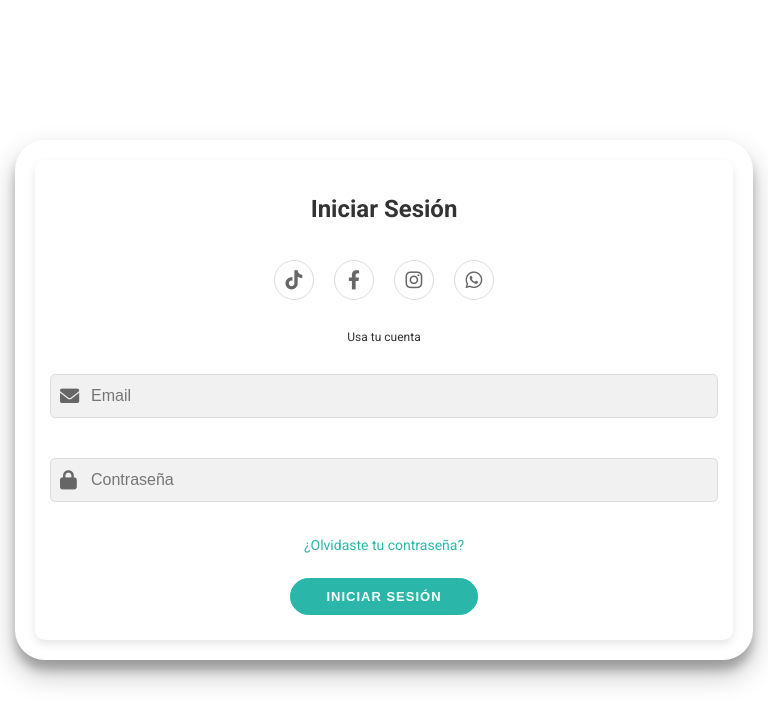
Repository: EddyWebz/updat
Page: BASE-2/index.html
These files come from the project's save history. The page is drawn as it stood at one moment and after the next save; the edit follows.
The browser window is 768 px wide. The pictures show the whole page.

Above is the page before, as saved 2024-09-23 14:09:26.

After the next save:
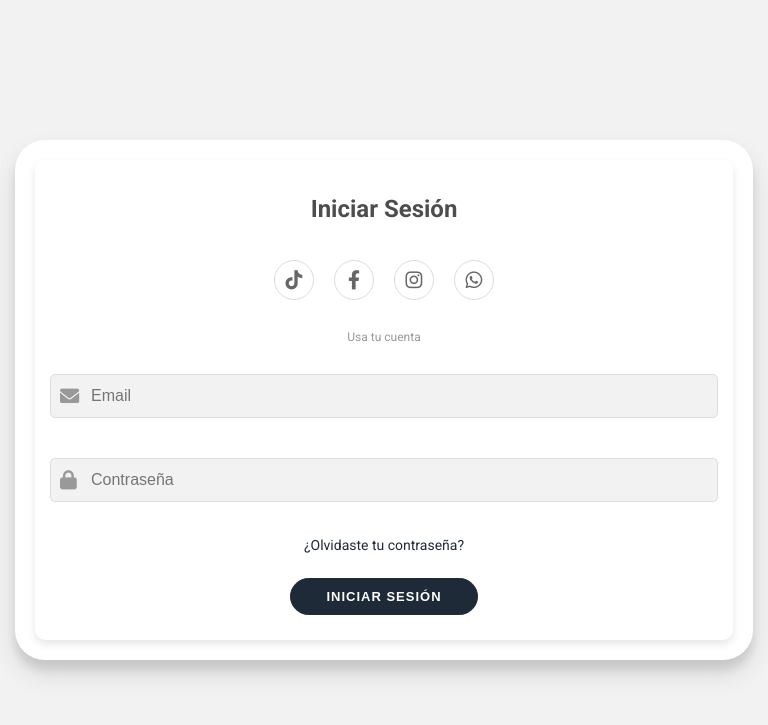
Saved 3 min 50 s later.
--- a/BASE-2/login.css
+++ b/BASE-2/login.css
@@ -9,23 +9,23 @@
 /* Estilos básicos para el cuerpo */
 body {
     font-family: 'Roboto', sans-serif;
-    background: #ffffff;
+    background: #f2f2f2;  /* Fondo gris claro */
     display: flex;
     justify-content: center;
     align-items: center;
     height: 100vh;
     margin: 0;
-    padding: 0 15px; /* Añadimos padding lateral para móviles */
+    padding: 0 15px;
     transition: all 0.3s ease;
 }
 
 /* Estilos para el título principal */
 h1 {
     font-weight: bold;
-    margin-top: 20px; /* Ajustamos el margen superior */
-    color: #333333;
-    font-size: 2rem; /* Tamaño de fuente adaptable */
-    text-align: center; /* Centramos el título */
+    margin-top: 20px;
+    color: #4d4d4d;  /* Texto gris oscuro */
+    font-size: 2rem;
+    text-align: center;
 }
 
 /* Estilos para los párrafos */
@@ -34,27 +34,27 @@
     font-weight: 100;
     line-height: 20px;
     margin: 20px 0 30px;
-    color: #333333;
+    color: #4d4d4d;  /* Gris oscuro */
 }
 
 /* Estilos para los span */
 span {
     font-size: 12px;
-    color: #333333;
+    color: #999999;  /* Texto gris medio */
     display: block;
-    margin: 10px 0; /* Añadimos espaciado vertical */
+    margin: 10px 0;
 }
 
 /* Estilos para los enlaces */
 a {
-    color: #2ab7a9;
+    color: #1e2a38;  /* Gris oscuro tirando a azul */
     font-size: 14px;
     text-decoration: none;
     margin: 15px 0;
 }
 
 a:hover {
-    color: #228f80;
+    color: #0e1a28;  /* Un gris más oscuro para hover */
     transform: scale(1.02);
     transition: transform 0.2s ease, color 0.2s ease;
 }
@@ -62,10 +62,10 @@
 /* Estilos para los botones */
 button {
     border-radius: 20px;
-    border: 1px solid #2ab7a9;
-    background-color: #2ab7a9;
+    border: 1px solid #1e2a38;  /* Borde gris oscuro */
+    background-color: #1e2a38;  /* Fondo gris oscuro tirando a azul */
     color: #ffffff;
-    font-size: 14px; /* Ajustamos el tamaño del texto */
+    font-size: 14px;
     font-weight: bold;
     padding: 12px 45px;
     letter-spacing: 1px;
@@ -75,9 +75,8 @@
     cursor: pointer;
 }
 
-/* Hover en el botón de Iniciar Sesión */
 button#loginButton:hover {
-    background-color: #228f80;
+    background-color: #0e1a28;  /* Fondo más oscuro en hover */
     transform: scale(1.05);
 }
 
@@ -91,7 +90,7 @@
 
 /* Estilos para los formularios */
 form {
-    background-color: #ffffff;
+    background-color: #ffffff;  /* Fondo blanco */
     display: flex;
     flex-direction: column;
     align-items: center;
@@ -105,7 +104,7 @@
 .input-container {
     position: relative;
     width: 100%;
-    margin: 12px 0; /* Mayor espaciado entre los inputs */
+    margin: 12px 0;
 }
 
 .input-container .icon {
@@ -113,13 +112,13 @@
     left: 10px;
     top: 50%;
     transform: translateY(-50%);
-    color: #666666;
+    color: #999999;  /* Color gris medio */
     font-size: 1.2rem;
 }
 
 /* Estilos para los inputs */
 input {
-    background-color: #f1f1f1;
+    background-color: #f2f2f2;  /* Fondo gris claro */
     border: 1px solid #ddd;
     padding: 12px 15px 12px 40px;
     margin: 8px 0;
@@ -130,21 +129,21 @@
 }
 
 input:hover {
-    background-color: #eaeaea;
+    background-color: #e6e6e6;  /* Un gris más oscuro en hover */
 }
 
 input:focus {
     outline: none;
-    border-color: #2ab7a9; /* Añadimos color al borde al hacer foco */
-    background-color: #fff;
+    border-color: #1e2a38;  /* Borde gris oscuro tirando a azul al hacer foco */
+    background-color: #ffffff;  /* Fondo blanco al hacer foco */
 }
 
 /* Estilos para el contenedor principal */
 .container {
     background-color: #ffffff;
     border-radius: 30px;
-    box-shadow: 0 14px 28px rgba(0, 0, 0, 0.25),
-                0 10px 10px rgba(0, 0, 0, 0.22);
+    box-shadow: 0 14px 28px rgba(0, 0, 0, 0.1),
+                0 10px 10px rgba(0, 0, 0, 0.1);
     position: relative;
     overflow: hidden;
     width: 500px;
@@ -154,18 +153,11 @@
     transition: all 0.3s ease;
 }
 
-/* Estilos para el contenedor de inicio de sesión */
-.sign-in-container {
-    left: 0;
-    width: 100%;
-    z-index: 2;
-}
-
 /* Estilos para el contenedor social */
 .social-container {
     margin: 20px 0;
     display: flex;
-    justify-content: center; /* Centramos los iconos sociales */
+    justify-content: center;
 }
 
 .social-container a {
@@ -177,33 +169,33 @@
     margin: 0 10px;
     height: 40px;
     width: 40px;
-    color: #666;
+    color: #666666;  /* Gris medio */
     font-size: 1.2rem;
     transition: transform 0.3s ease, color 0.3s ease;
 }
 
 .social-container a:hover {
     transform: scale(1.1);
-    color: #000000;
+    color: #1e2a38;  /* Gris oscuro tirando a azul */
 }
 
 /* Media Queries para dispositivos móviles */
 @media (max-width: 768px) {
     .container {
         width: 100%;
-        height: auto; /* Ajustamos la altura automática para móviles */
+        height: auto;
     }
 
     form {
-        padding: 15px; /* Reducimos el padding en móviles */
+        padding: 15px;
     }
 
     h1 {
-        font-size: 1.5rem; /* Reducimos el tamaño del título */
+        font-size: 1.5rem;
     }
 
     button {
-        font-size: 13px; /* Ajustamos el tamaño de los botones en móviles */
-        padding: 10px 35px; /* Reducimos el padding en los botones */
-    }
-}
+        font-size: 13px;
+        padding: 10px 35px;
+    }
+}

After the save that followed:
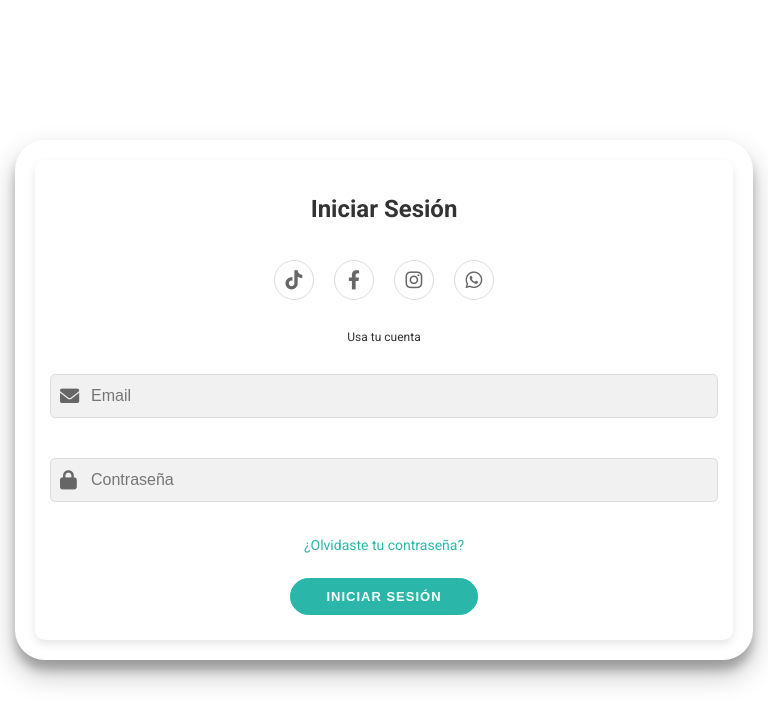
Saved 27 s later.
--- a/BASE-2/login.css
+++ b/BASE-2/login.css
@@ -9,23 +9,23 @@
 /* Estilos básicos para el cuerpo */
 body {
     font-family: 'Roboto', sans-serif;
-    background: #f2f2f2;  /* Fondo gris claro */
+    background: #ffffff;
     display: flex;
     justify-content: center;
     align-items: center;
     height: 100vh;
     margin: 0;
-    padding: 0 15px;
+    padding: 0 15px; /* Añadimos padding lateral para móviles */
     transition: all 0.3s ease;
 }
 
 /* Estilos para el título principal */
 h1 {
     font-weight: bold;
-    margin-top: 20px;
-    color: #4d4d4d;  /* Texto gris oscuro */
-    font-size: 2rem;
-    text-align: center;
+    margin-top: 20px; /* Ajustamos el margen superior */
+    color: #333333;
+    font-size: 2rem; /* Tamaño de fuente adaptable */
+    text-align: center; /* Centramos el título */
 }
 
 /* Estilos para los párrafos */
@@ -34,27 +34,27 @@
     font-weight: 100;
     line-height: 20px;
     margin: 20px 0 30px;
-    color: #4d4d4d;  /* Gris oscuro */
+    color: #333333;
 }
 
 /* Estilos para los span */
 span {
     font-size: 12px;
-    color: #999999;  /* Texto gris medio */
+    color: #333333;
     display: block;
-    margin: 10px 0;
+    margin: 10px 0; /* Añadimos espaciado vertical */
 }
 
 /* Estilos para los enlaces */
 a {
-    color: #1e2a38;  /* Gris oscuro tirando a azul */
+    color: #2ab7a9;
     font-size: 14px;
     text-decoration: none;
     margin: 15px 0;
 }
 
 a:hover {
-    color: #0e1a28;  /* Un gris más oscuro para hover */
+    color: #228f80;
     transform: scale(1.02);
     transition: transform 0.2s ease, color 0.2s ease;
 }
@@ -62,10 +62,10 @@
 /* Estilos para los botones */
 button {
     border-radius: 20px;
-    border: 1px solid #1e2a38;  /* Borde gris oscuro */
-    background-color: #1e2a38;  /* Fondo gris oscuro tirando a azul */
+    border: 1px solid #2ab7a9;
+    background-color: #2ab7a9;
     color: #ffffff;
-    font-size: 14px;
+    font-size: 14px; /* Ajustamos el tamaño del texto */
     font-weight: bold;
     padding: 12px 45px;
     letter-spacing: 1px;
@@ -75,8 +75,9 @@
     cursor: pointer;
 }
 
+/* Hover en el botón de Iniciar Sesión */
 button#loginButton:hover {
-    background-color: #0e1a28;  /* Fondo más oscuro en hover */
+    background-color: #228f80;
     transform: scale(1.05);
 }
 
@@ -90,7 +91,7 @@
 
 /* Estilos para los formularios */
 form {
-    background-color: #ffffff;  /* Fondo blanco */
+    background-color: #ffffff;
     display: flex;
     flex-direction: column;
     align-items: center;
@@ -104,7 +105,7 @@
 .input-container {
     position: relative;
     width: 100%;
-    margin: 12px 0;
+    margin: 12px 0; /* Mayor espaciado entre los inputs */
 }
 
 .input-container .icon {
@@ -112,13 +113,13 @@
     left: 10px;
     top: 50%;
     transform: translateY(-50%);
-    color: #999999;  /* Color gris medio */
+    color: #666666;
     font-size: 1.2rem;
 }
 
 /* Estilos para los inputs */
 input {
-    background-color: #f2f2f2;  /* Fondo gris claro */
+    background-color: #f1f1f1;
     border: 1px solid #ddd;
     padding: 12px 15px 12px 40px;
     margin: 8px 0;
@@ -129,21 +130,21 @@
 }
 
 input:hover {
-    background-color: #e6e6e6;  /* Un gris más oscuro en hover */
+    background-color: #eaeaea;
 }
 
 input:focus {
     outline: none;
-    border-color: #1e2a38;  /* Borde gris oscuro tirando a azul al hacer foco */
-    background-color: #ffffff;  /* Fondo blanco al hacer foco */
+    border-color: #2ab7a9; /* Añadimos color al borde al hacer foco */
+    background-color: #fff;
 }
 
 /* Estilos para el contenedor principal */
 .container {
     background-color: #ffffff;
     border-radius: 30px;
-    box-shadow: 0 14px 28px rgba(0, 0, 0, 0.1),
-                0 10px 10px rgba(0, 0, 0, 0.1);
+    box-shadow: 0 14px 28px rgba(0, 0, 0, 0.25),
+                0 10px 10px rgba(0, 0, 0, 0.22);
     position: relative;
     overflow: hidden;
     width: 500px;
@@ -153,11 +154,18 @@
     transition: all 0.3s ease;
 }
 
+/* Estilos para el contenedor de inicio de sesión */
+.sign-in-container {
+    left: 0;
+    width: 100%;
+    z-index: 2;
+}
+
 /* Estilos para el contenedor social */
 .social-container {
     margin: 20px 0;
     display: flex;
-    justify-content: center;
+    justify-content: center; /* Centramos los iconos sociales */
 }
 
 .social-container a {
@@ -169,33 +177,33 @@
     margin: 0 10px;
     height: 40px;
     width: 40px;
-    color: #666666;  /* Gris medio */
+    color: #666;
     font-size: 1.2rem;
     transition: transform 0.3s ease, color 0.3s ease;
 }
 
 .social-container a:hover {
     transform: scale(1.1);
-    color: #1e2a38;  /* Gris oscuro tirando a azul */
+    color: #000000;
 }
 
 /* Media Queries para dispositivos móviles */
 @media (max-width: 768px) {
     .container {
         width: 100%;
-        height: auto;
+        height: auto; /* Ajustamos la altura automática para móviles */
     }
 
     form {
-        padding: 15px;
+        padding: 15px; /* Reducimos el padding en móviles */
     }
 
     h1 {
-        font-size: 1.5rem;
+        font-size: 1.5rem; /* Reducimos el tamaño del título */
     }
 
     button {
-        font-size: 13px;
-        padding: 10px 35px;
-    }
-}
+        font-size: 13px; /* Ajustamos el tamaño de los botones en móviles */
+        padding: 10px 35px; /* Reducimos el padding en los botones */
+    }
+}
